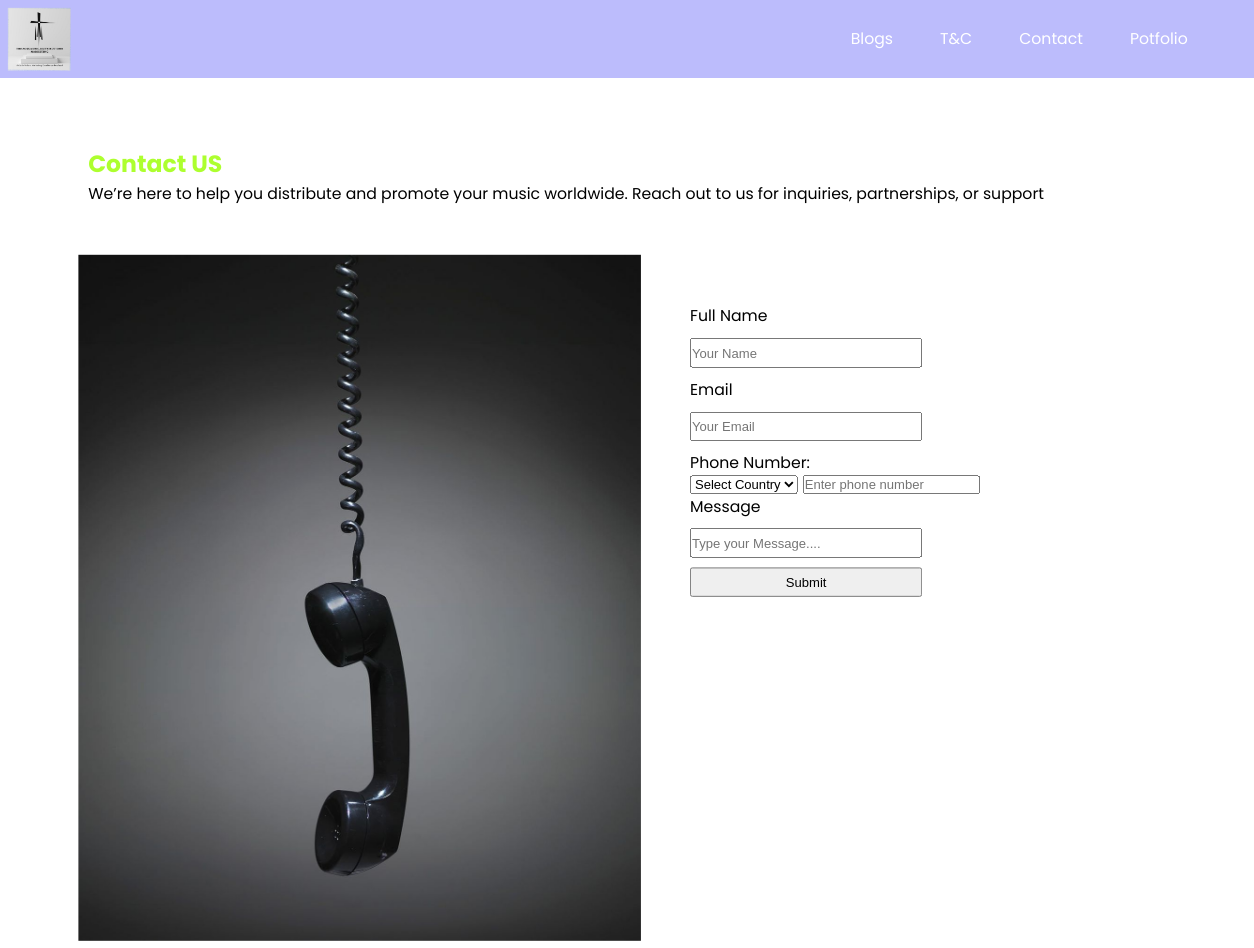
Repository: Ikebobo11/theboss
Page: contact.html
The author's editor kept a copy of each file at every save. The page is drawn from the files as they stood at one save, then again after a run of saves.
The browser window is 1280 px wide. The pictures show the whole page, at 98% of full size.

Above is the page before, as saved 2025-08-15 09:25:24.

### contact.html
<!DOCTYPE html>
<html lang="en">
<head>
    <meta charset="UTF-8">
    <meta name="viewport" content="width=device-width, initial-scale=1.0">
    <link rel="stylesheet" href="contact.css">
    <link rel="shortcut icon" href="./WhatsApp Image 2025-05-12 at 4.31.54 PM.jpeg" type="image/x-icon">
    <link rel="preconnect" href="https://fonts.googleapis.com">
    <link rel="preconnect" href="https://fonts.gstatic.com" crossorigin>
    <link href="https://fonts.googleapis.com/css2?family=Poppins:ital,wght@0,100;0,200;0,300;0,400;0,500;0,600;0,700;0,800;0,900;1,100;1,200;1,300;1,400;1,500;1,600;1,700;1,800;1,900&display=swap" rel="stylesheet">
    <title>Document</title>
</head>
<body>
       <div class="menudiv">
      <div class="subhide">
        <a href="">Blogs</a>
        <a href="#Our-Services">T&C</a>
        <a href="contact.html">Contact</a>
        <a href="">Potfolio</a>
      </div>
     </div>
    <header>
        <div class="header-first-div">
            <img class="logo-image" src="./WhatsApp Image 2025-05-12 at 4.31.54 PM.jpeg"/>
            <div class="Nav-a">
              <a class="link-a" href="#about">Blogs</a>
              <a class="link-a" href="#Our-Services">T&C</a>
              <a class="link-a" href="contact.html">Contact</a>
              <a class="link-a" href="">Potfolio</a>
            </div>
                <img class="showbut hidela" src="./asset/hamburger.png"/>
                <img class="showbut hidelb" src="./asset/multiplication.png"/>

          </div>
          <section class="sectionA">
            <div class="headingc">
              <h1>Contact US</h1>
              <p>We’re here to help you distribute and promote your music worldwide. Reach out to us for inquiries, partnerships, or support</p>
            </div>
            <main class="contact-form">
              <div class="telephoneA">
                <img src="./asset/telephone.jpg"/>
              </div>
              <div>
                <form action="" method="post">
                  <label for="name">Full Name</label>
                  <input name="Full Name" id="name" placeholder="Your Name" required/>
                  <label for="Email">Email</label>
                  <input name="Email" id="Email" placeholder="Your Email" required/>
                  <label for="phone">Phone Number:</label>
                <div style="display: flex; gap: 5px;">
                <select id="country-code" name="country-code" style="width: 110px;" required>
                  <option value="">Select Country</option>
                  <!-- Americas / Europe / Asia-Pacific -->
                  <option value="+1">🇺🇸 +1 - United States</option>
                  <option value="+44">🇬🇧 +44 - United Kingdom</option>
                  <option value="+61">🇦🇺 +61 - Australia</option>
                  <option value="+64">🇳🇿 +64 - New Zealand</option>
                  <option value="+81">🇯🇵 +81 - Japan</option>
                  <option value="+49">🇩🇪 +49 - Germany</option>
                  <option value="+33">🇫🇷 +33 - France</option>
                  <option value="+39">🇮🇹 +39 - Italy</option>
                  <option value="+34">🇪🇸 +34 - Spain</option>
                  <option value="+55">🇧🇷 +55 - Brazil</option>
                  <option value="+358">🇫🇮 +358 - Finland</option>
                  <option value="+46">🇸🇪 +46 - Sweden</option>
                  <option value="+45">🇩🇰 +45 - Denmark</option>
                  <option value="+31">🇳🇱 +31 - Netherlands</option>
                  <option value="+351">🇵🇹 +351 - Portugal</option>
                  <option value="+41">🇨🇭 +41 - Switzerland</option>
                  <option value="+420">🇨🇿 +420 - Czech Republic</option>
                  <option value="+353">🇮🇪 +353 - Ireland</option>
                  <option value="+32">🇧🇪 +32 - Belgium</option>
                  <option value="+48">🇵🇱 +48 - Poland</option>
                  <option value="+234">🇳🇬 +234 - Nigeria</option>
                  <option value="+27">🇿🇦 +27 - South Africa</option>
                  <option value="+256">🇺🇬 +256 - Uganda</option>
                  <option value="+254">🇰🇪 +254 - Kenya</option>
                  <option value="+255">🇹🇿 +255 - Tanzania</option>
                  <option value="+260">🇿🇲 +260 - Zambia</option>
                  <option value="+263">🇿🇼 +263 - Zimbabwe</option>
                  <option value="+244">🇦🇴 +244 - Angola</option>
                  <option value="+237">🇨🇲 +237 - Cameroon</option>
                  <option value="+225">🇨🇮 +225 - Ivory Coast</option>
                  <option value="+233">🇬🇭 +233 - Ghana</option>
                  <option value="+265">🇲🇼 +265 - Malawi</option>
                  <option value="+252">🇸🇿 +268 - Eswatini</option>
                </select>
                <input type="tel" id="phone" name="phone" placeholder="Enter phone number" required>
                </div>
                <label for="massage">Message</label>
                <input name="Message" id="massage" placeholder="Type your Message...." required/>
                <input type="submit" value="Submit"/>
              </form>
            </div>

        </main>
      </section>
</body>
</html>

### contact.css
*{
    padding: 0px;
    margin: 0px;
    box-sizing: border-box;
}
body{
     font-family: "Poppins", sans-serif;
}
img{
  max-width: 100%;
}
a{
  text-decoration: none;
}
p,li{
  @media (max-width:434px) {
    font-size: 14px;
  }
}
.logo-image{
    width: 4rem;
}
.header-first-div{
    background-color: rgb(188, 188, 252);
    color: white;
    padding: 0.5rem;
    display: flex;
    z-index: 2;
    justify-content: space-between;
    align-items: center;
    /* gap:3%; */
    position: fixed;
    width: 100vw;
}
.flex-box-a{
  background-color: blue;
}
.header-second-div{
  background-image: url(./st.jpg);
  background-position: center;
  background-size: cover;
  max-width: 100vw;
  min-height: 600px;
  padding-block: 200px 100px;
  @media (max-width:507px) {
    font-size: 40px;
    min-height: 300px;
  }
}
.header-first-h1{
  font-size: 80px;
  text-align: center;
  color: white;
    @media (max-width:507px) {
    font-size: 35px;
  }
}
.header-first-p{
  font-size: 30px;
  text-align: center;
  color: white;
    @media (max-width:507px) {
    font-size: 20px;
  }
}
.menudiv{
  position: fixed;
  top:5rem;
  background-color:green ;
  right: 0;
  width: 100vw;
  height: 353px;
  left: 0;
  z-index:2;

  display: none;
}
.Nav-a a{
  color: white;
  border-bottom:1px solid transparent;
}
.link-a:hover{
  color: greenyellow;
  border-bottom: 1px solid white;
}
.showbut{
  width: 3rem;
  padding-right: 1rem;
}
.hidelb{
  display: none;

}
.hidela{
  display: none;
   @media (max-width:659px) {
    display: block;
  }
}
.Nav-a{
  display: flex;
  padding-inline: 60px;
  gap: 3rem;
  @media (max-width:659px) {
    display: none;
  }
}
/* section a area */
.sectionA{
  top: 100px;
  position: relative;
  max-width: 1120px;
  margin-inline: auto;
}
.headingc{
  padding: 50px 10px;
}
.headingc>h1{
  color: greenyellow;
}
/* contact form css */
.contact-form{
  display: flex;
}
.telephoneA{
  max-width: 800px;
  height: 700px;
}
.telephoneA img{
  width: 100%;
  height: 100%;
}
form{
  padding: 50px;
}
form>input{
  width: 80%;
  display: block;
  height: 30px;
  margin-block: 10px;
}

After the next 5 saves:
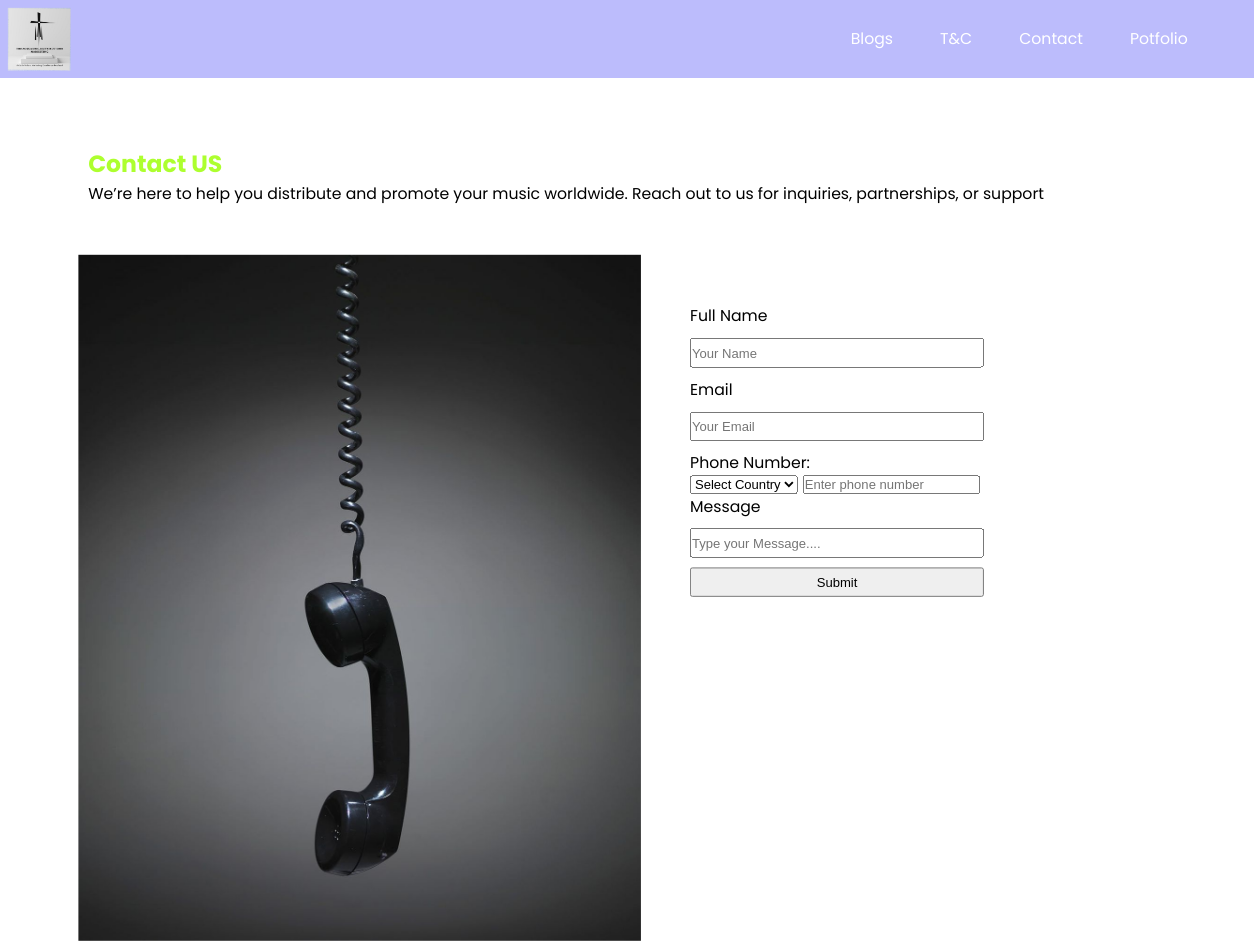
The 5 saves are shown as one change because they came seconds apart.
The last was saved 37 s later.
--- a/contact.css
+++ b/contact.css
@@ -134,7 +134,7 @@ form{
   padding: 50px;
 }
 form>input{
-  width: 80%;
+  width:300px;
   display: block;
   height: 30px;
   margin-block: 10px;
